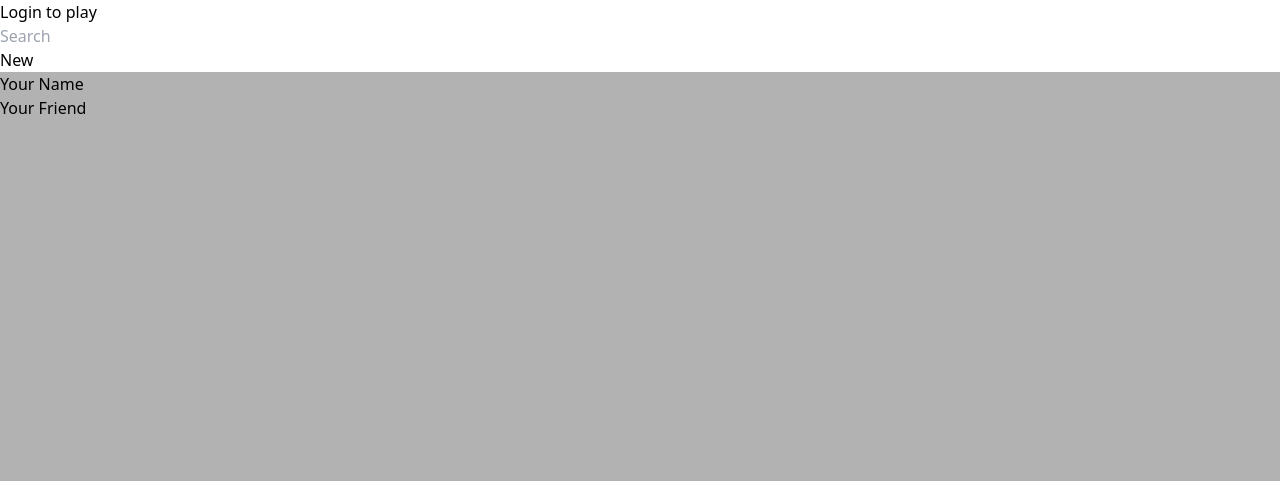
Repository: Teddy1705/demo_pj
Page: /
The author's editor kept a copy of each file at every save. The page is drawn from the files as they stood at one save, then again after the next save.
The browser window is 1280 px wide. The pictures show the whole page.
The project was rebuilt for these pictures with package versions that can differ from the ones it lists, and the page was loaded fresh each time. Also part of the build but not shown: vite.config.js.

Above is the page before, as saved 2024-04-16 08:52:13.

After the next save:
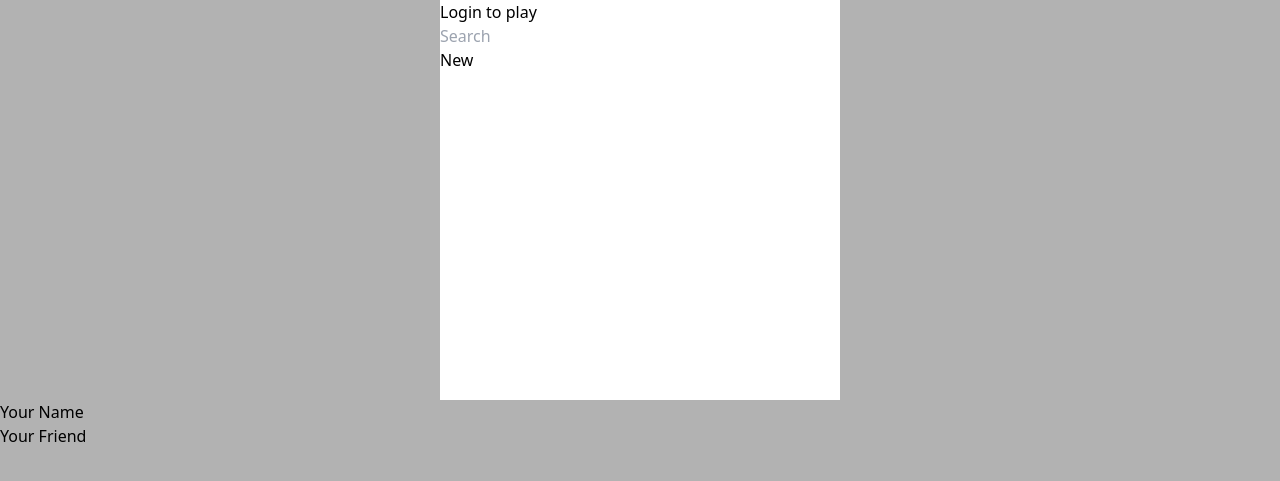
Saved 13 s later.
--- a/src/index.css
+++ b/src/index.css
@@ -579,5 +579,6 @@ video {
   position: relative;
   background-color: var(--white-color);
   margin: auto;
-  width: ;
-}
+  width: 400px;
+  height: 400px;
+}
